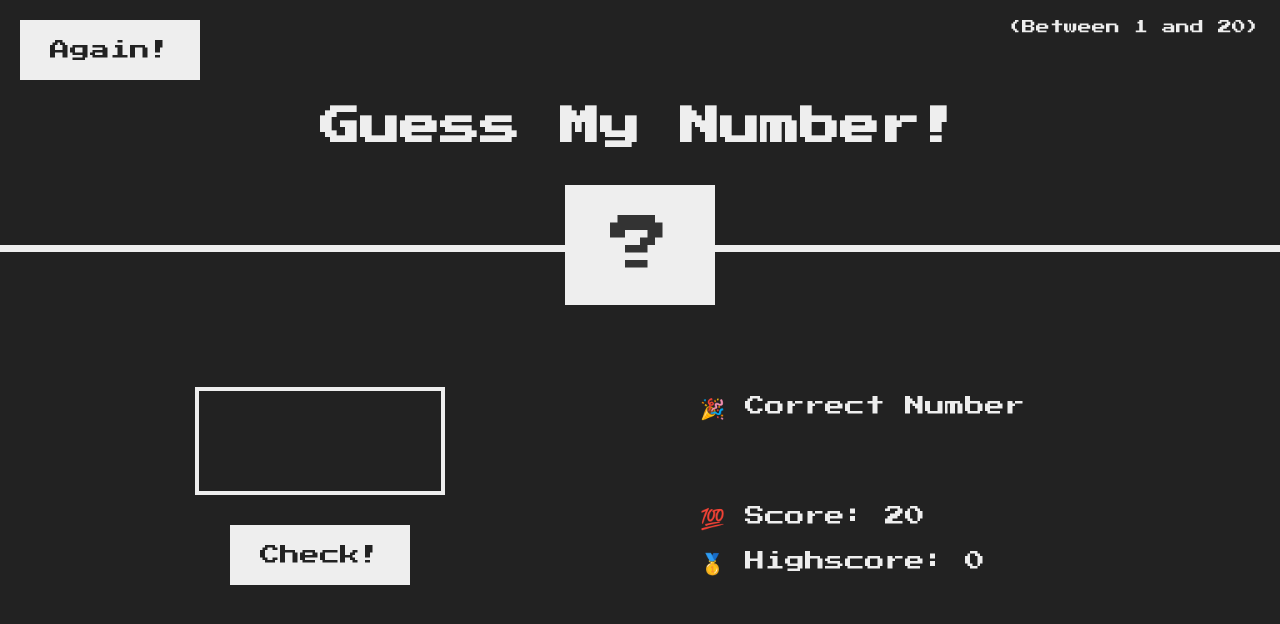
Repository: Samkiroko/guess-my-number
Page: index.html
An editor plug-in stored every save of this project. The page is shown before and after the next save, followed by the edit.
The browser window is 1280 px wide. The pictures show the whole page.

Above is the page before, as saved 2021-02-18 12:42:53.

### index.html
<!DOCTYPE html>
<html lang="en">
  <head>
    <meta charset="UTF-8" />
    <meta name="viewport" content="width=device-width, initial-scale=1.0" />
    <meta http-equiv="X-UA-Compatible" content="ie=edge" />
    <link rel="stylesheet" href="style.css" />
    <title>Guess My Number!</title>
  </head>
  <body>
    <header>
      <h1>Guess My Number!</h1>
      <p class="between">(Between 1 and 20)</p>
      <button class="btn again">Again!</button>
      <div class="number">?</div>
    </header>
    <main>
      <section class="left">
        <input type="number" class="guess" />
        <button class="btn check">Check!</button>
      </section>
      <section class="right">
        <p class="message">Start guessing...</p>
        <p class="label-score">💯 Score: <span class="score">20</span></p>
        <p class="label-highscore">
          🥇 Highscore: <span class="highscore">0</span>
        </p>
      </section>
    </main>
    <script src="script.js"></script>
  </body>
</html>

### style.css
@import url('https://fonts.googleapis.com/css?family=Press+Start+2P&display=swap');

* {
  margin: 0;
  padding: 0;
  box-sizing: inherit;
}

html {
  font-size: 62.5%;
  box-sizing: border-box;
}

body {
  font-family: 'Press Start 2P', sans-serif;
  color: #eee;
  background-color: #222;
  /* background-color: #60b347; */
}

/* LAYOUT */
header {
  position: relative;
  height: 35vh;
  border-bottom: 7px solid #eee;
}

main {
  height: 65vh;
  color: #eee;
  display: flex;
  align-items: center;
  justify-content: space-around;
}

.left {
  width: 52rem;
  display: flex;
  flex-direction: column;
  align-items: center;
}

.right {
  width: 52rem;
  font-size: 2rem;
}

/* ELEMENTS STYLE */
h1 {
  font-size: 4rem;
  text-align: center;
  position: absolute;
  width: 100%;
  top: 52%;
  left: 50%;
  transform: translate(-50%, -50%);
}

.number {
  background: #eee;
  color: #333;
  font-size: 6rem;
  width: 15rem;
  padding: 3rem 0rem;
  text-align: center;
  position: absolute;
  bottom: 0;
  left: 50%;
  transform: translate(-50%, 50%);
}

.between {
  font-size: 1.4rem;
  position: absolute;
  top: 2rem;
  right: 2rem;
}

.again {
  position: absolute;
  top: 2rem;
  left: 2rem;
}

.guess {
  background: none;
  border: 4px solid #eee;
  font-family: inherit;
  color: inherit;
  font-size: 5rem;
  padding: 2.5rem;
  width: 25rem;
  text-align: center;
  display: block;
  margin-bottom: 3rem;
}

.btn {
  border: none;
  background-color: #eee;
  color: #222;
  font-size: 2rem;
  font-family: inherit;
  padding: 2rem 3rem;
  cursor: pointer;
}

.btn:hover {
  background-color: #ccc;
}

.message {
  margin-bottom: 8rem;
  height: 3rem;
}

.label-score {
  margin-bottom: 2rem;
}

### script.js
'use strict';

console.log(document.querySelector('.message').textContent);
document.querySelector('.message').textContent = '🎉 Correct Number';

After the next save:
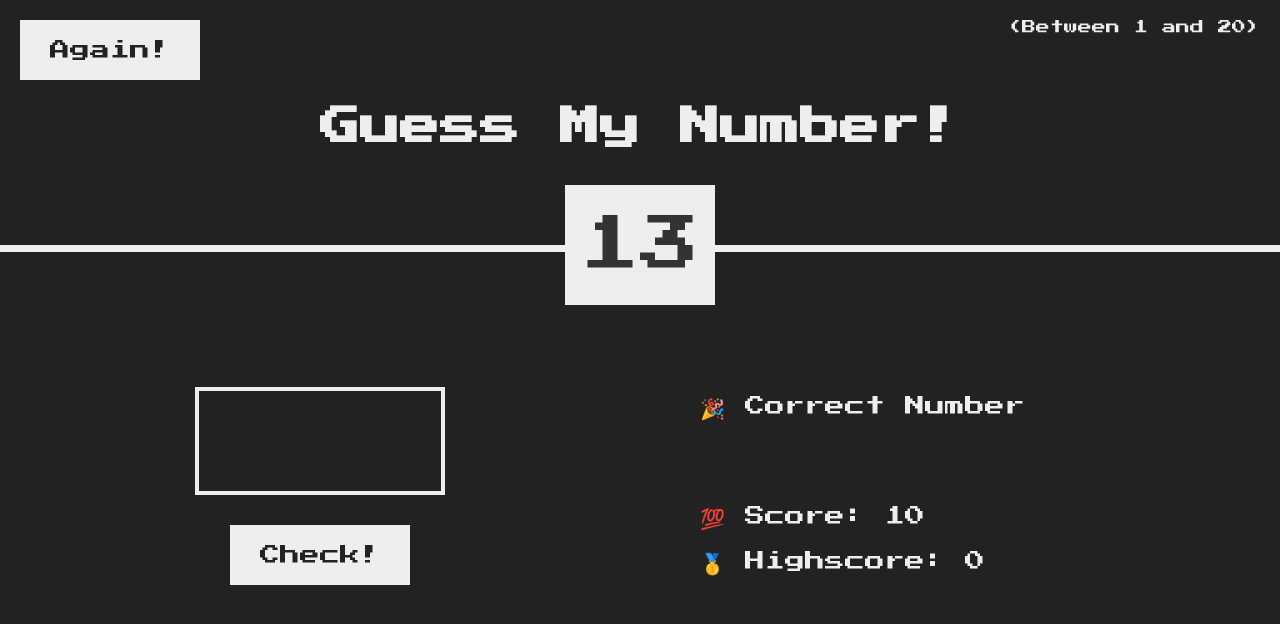
Saved 2 min 3 s later.
--- a/script.js
+++ b/script.js
@@ -2,3 +2,6 @@
 
 console.log(document.querySelector('.message').textContent);
 document.querySelector('.message').textContent = '🎉 Correct Number';
+
+document.querySelector('.number').textContent = 13;
+document.querySelector('.score').textContent = 10;
